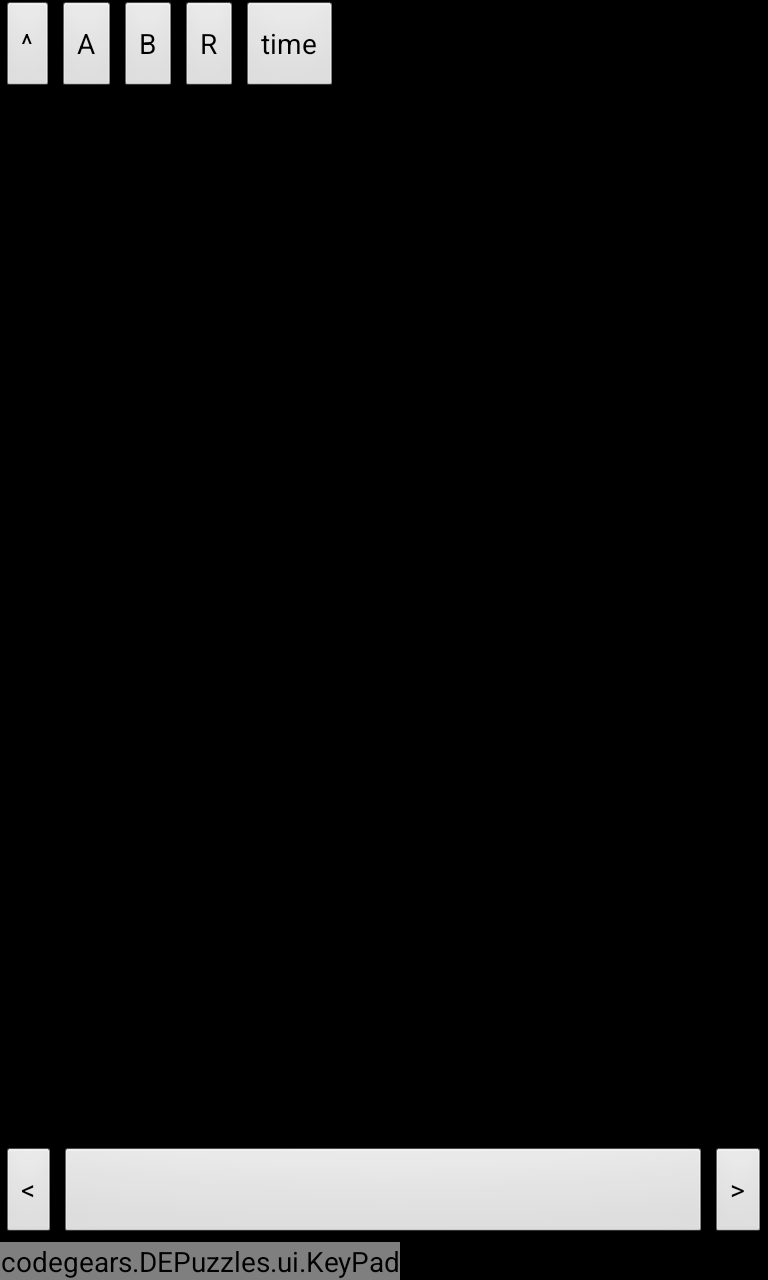
Repository: simplesns/workspace
Layout: eclipse/DEPuzzles/res/layout/crosswords.xml
The author's editor kept a copy of each file at every save. The layout is drawn from the files as they stood at one save, then again after the next save.
Pictures or frames that could not be fetched are drawn as grey boxes. It is drawn on a 768 x 1280 px phone screen (xhdpi) without system bars, with theme android:Theme; the app's code is not run.

Above is the layout before, as saved 2011-01-24 06:12:25.

### eclipse/DEPuzzles/res/layout/crosswords.xml
<?xml version="1.0" encoding="utf-8"?>
<LinearLayout xmlns:android="http://schemas.android.com/apk/res/android"
	android:layout_width="fill_parent" android:layout_height="fill_parent"
	android:orientation="vertical">
	<LinearLayout android:id="@+id/LinearLayout01"
		android:layout_height="wrap_content" android:layout_width="fill_parent">
		<Button android:id="@+id/Button01" android:layout_width="wrap_content"
			android:layout_height="wrap_content" android:text="^"></Button>
		<Button android:id="@+id/Button02" android:layout_width="wrap_content"
			android:layout_height="wrap_content" android:text="A"></Button>
		<Button android:id="@+id/Button03" android:layout_width="wrap_content"
			android:layout_height="wrap_content" android:text="B"></Button>
		<Button android:id="@+id/Button04" android:layout_width="wrap_content"
			android:layout_height="wrap_content" android:text="R"></Button>
		<Button android:id="@+id/Button05" android:layout_width="wrap_content"
			android:layout_height="wrap_content" android:text="time"></Button>
	</LinearLayout>
	<ScrollView android:id="@+id/ScrollView01"
		android:layout_width="wrap_content" android:layout_height="wrap_content"
		android:layout_weight="1">
		<LinearLayout android:id="@+id/LinearLayout04"
			android:layout_width="wrap_content" android:layout_height="wrap_content"></LinearLayout>
	</ScrollView>
	<LinearLayout android:id="@+id/LinearLayout02"
		android:layout_height="wrap_content" android:layout_width="fill_parent">
		<Button android:id="@+id/Button06" android:layout_width="wrap_content"
			android:layout_height="wrap_content" android:text="&lt;"></Button>
		<Button android:text="@+id/Button07" android:id="@+id/Button07"
			android:layout_width="wrap_content" android:layout_height="wrap_content"
			android:layout_weight="1"></Button>
		<Button android:id="@+id/Button08" android:layout_width="wrap_content"
			android:layout_height="wrap_content" android:text="&gt;"></Button>

	</LinearLayout>
	<codegears.DEPuzzles.ui.KeyPad
		android:id="@+id/LinearLayout03" android:layout_width="wrap_content"
		android:layout_height="wrap_content"></codegears.DEPuzzles.ui.KeyPad>

</LinearLayout>

After the next save:
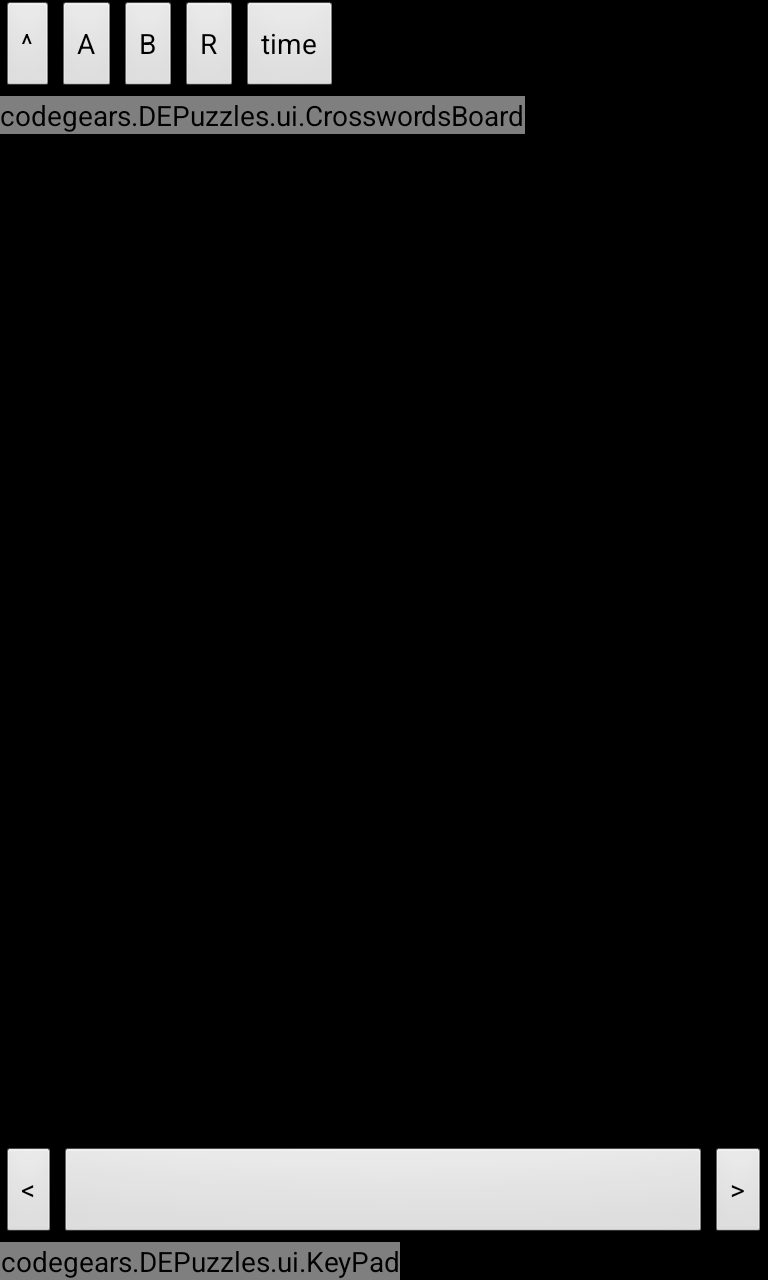
Saved 3 min 53 s later.
--- a/eclipse/DEPuzzles/res/layout/crosswords.xml
+++ b/eclipse/DEPuzzles/res/layout/crosswords.xml
@@ -18,8 +18,8 @@
 	<ScrollView android:id="@+id/ScrollView01"
 		android:layout_width="wrap_content" android:layout_height="wrap_content"
 		android:layout_weight="1">
-		<LinearLayout android:id="@+id/LinearLayout04"
-			android:layout_width="wrap_content" android:layout_height="wrap_content"></LinearLayout>
+		<codegears.DEPuzzles.ui.CrosswordsBoard android:id="@+id/LinearLayout04"
+			android:layout_width="wrap_content" android:layout_height="wrap_content"></codegears.DEPuzzles.ui.CrosswordsBoard>
 	</ScrollView>
 	<LinearLayout android:id="@+id/LinearLayout02"
 		android:layout_height="wrap_content" android:layout_width="fill_parent">
